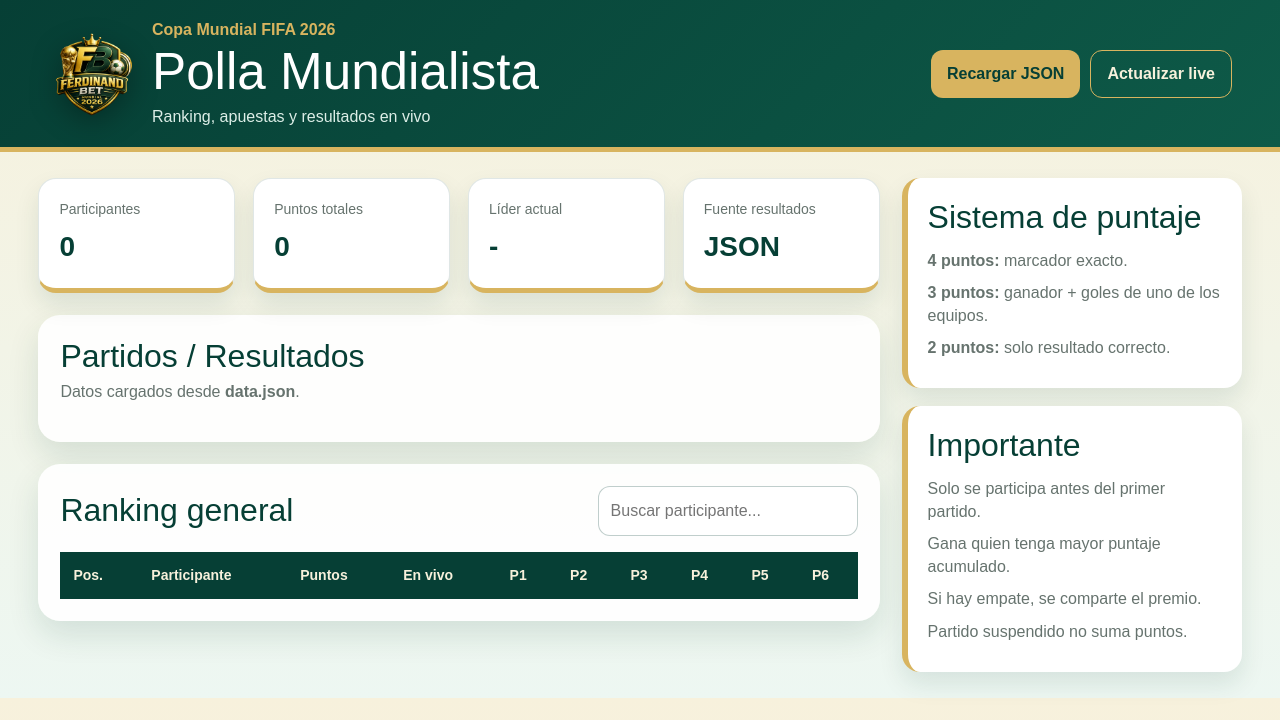
Repository: DiegoSot0/ferdinand-bet
Page: index.html
The author's editor kept a copy of each file at every save. The page is drawn from the files as they stood at one save, then again after the next save.
The browser window is 1280 px wide. The pictures show the whole page.
The page's requests for data from a server got no answer.

Above is the page before, as saved 2026-06-11 21:35:22.

### index.html
<!DOCTYPE html>
<html lang="es">

<head>
  <meta charset="UTF-8">
  <meta name="viewport" content="width=device-width, initial-scale=1.0">

  <title>Ferdinand Bet | Polla Mundialista</title>

  <link href="https://cdn.jsdelivr.net/npm/bootstrap@5.3.8/dist/css/bootstrap.min.css" rel="stylesheet">

  <link rel="stylesheet" href="style.css">
</head>

<body>
  <header class="topbar">
    <div class="brand">
      <img src="assets/logo-ferdinand-bet.png" alt="Ferdinand Bet" />
      <div>
        <span>Copa Mundial FIFA 2026</span>
        <h1>Polla Mundialista</h1>
        <p>Ranking, apuestas y resultados en vivo</p>
      </div>
    </div>

    <div class="actions">
      <button onclick="recargarJSON()">Recargar JSON</button>
      <button class="outline" onclick="cargarLive()">Actualizar live</button>
    </div>
  </header>

  <main class="layout">
    <section class="content">
      <section class="kpis">
        <article><span>Participantes</span><strong id="kpiParticipantes">0</strong></article>
        <article><span>Puntos totales</span><strong id="kpiPuntos">0</strong></article>
        <article><span>Líder actual</span><strong id="kpiLider">-</strong></article>
        <article><span>Fuente resultados</span><strong id="kpiFuente">JSON</strong></article>
      </section>

      <section class="panel">
        <div class="panel-title">
          <div>
            <h2>Partidos / Resultados</h2>
            <p id="estadoLive">Datos cargados desde <b>data.json</b>.</p>
          </div>
        </div>
        <div id="partidosGrid" class="matches"></div>
      </section>

      <section class="panel">
        <div class="panel-title">
          <h2>Ranking general</h2>
          <input id="buscar" type="search" placeholder="Buscar participante..." oninput="renderParticipantes()" />
        </div>

        <div class="table-wrap">
          <table>
            <thead>
              <tr>
                <th>Pos.</th>
                <th>Participante</th>
                <th>Puntos</th>
                <th>En vivo</th>
                <th>P1</th>
                <th>P2</th>
                <th>P3</th>
                <th>P4</th>
                <th>P5</th>
                <th>P6</th>
                <th>Detalle</th>
              </tr>
            </thead>
            <tbody id="tablaParticipantes"></tbody>
          </table>
        </div>
      </section>
    </section>

    <aside class="sidebar-rules">
      <div class="rule-card">
        <h2>Sistema de puntaje</h2>
        <p><b>4 puntos:</b> marcador exacto.</p>
        <p><b>3 puntos:</b> ganador + goles de uno de los equipos.</p>
        <p><b>2 puntos:</b> solo resultado correcto.</p>
      </div>

      <div class="rule-card">
        <h2>Importante</h2>
        <p>Solo se participa antes del primer partido.</p>
        <p>Gana quien tenga mayor puntaje acumulado.</p>
        <p>Si hay empate, se comparte el premio.</p>
        <p>Partido suspendido no suma puntos.</p>
      </div>
    </aside>
  </main>

  <div class="modal" id="modalDetalle">
    <div class="modal-content">
      <div class="modal-header">
        <h2 id="modalTitulo">Detalle</h2>
        <button class="btn-close" onclick="cerrarModal('modalDetalle')">×</button>
      </div>

      <div class="detalle-resumen" id="detalleResumen"></div>

      <div class="table-wrap">
        <table>
          <thead>
            <tr>
              <th>N°</th>
              <th>Fecha</th>
              <th>Hora</th>
              <th>Partido</th>
              <th>Apuesta</th>
              <th>Real</th>
              <th>Estado</th>
              <th>Puntos</th>
            </tr>
          </thead>
          <tbody id="tablaApuestas"></tbody>
        </table>
      </div>
    </div>
  </div>
  <script src="config.js"></script>
  <script src="app.js"></script>

  <script src="https://cdn.jsdelivr.net/npm/bootstrap@5.3.8/dist/js/bootstrap.bundle.min.js"></script>

</body>

</html>

### style.css
:root {
  --verde-oscuro: #063f35;
  --verde: #0e5a48;
  --verde-claro: #dceee7;
  --dorado: #d8b45f;
  --crema: #f7f1dc;
  --blanco: #ffffff;
  --gris: #66736e;
  --rojo: #cf4545;
  --azul: #1f5d8f;
  --amarillo: #fff1bd;
}

* {
  box-sizing: border-box;
}

body {
  margin: 0;
  font-family: Arial, Helvetica, sans-serif;
  background: linear-gradient(180deg, var(--crema), #edf7f2);
  color: var(--verde-oscuro);
}

.topbar {
  background: linear-gradient(135deg, var(--verde-oscuro), var(--verde));
  color: white;
  border-bottom: 5px solid var(--dorado);
  padding: 18px min(5vw, 48px);
  display: flex;
  justify-content: space-between;
  align-items: center;
  gap: 18px;
}

.brand {
  display: flex;
  align-items: center;
  gap: 16px;
}

.brand img {
  width: 88px;
  height: 88px;
  object-fit: contain;
  filter: drop-shadow(0 8px 14px rgba(0, 0, 0, .3));
}

.brand span {
  color: var(--dorado);
  font-weight: bold;
}

.brand h1 {
  margin: 4px 0 0;
  font-size: clamp(28px, 4vw, 52px);
  line-height: 1;
}

.brand p {
  margin: 8px 0 0;
  color: #dceee7;
}

.actions {
  display: flex;
  gap: 10px;
  flex-wrap: wrap;
}

button {
  border: none;
  border-radius: 12px;
  padding: 11px 16px;
  background: var(--dorado);
  color: var(--verde-oscuro);
  font-weight: 800;
  cursor: pointer;
}

button:hover {
  filter: brightness(.95);
}

button.outline {
  background: transparent;
  color: var(--crema);
  border: 1px solid var(--dorado);
}

.layout {
  width: min(1480px, 94%);
  margin: 26px auto;
  display: grid;
  grid-template-columns: minmax(0, 1fr) 340px;
  gap: 22px;
  align-items: start;
}

.content {
  min-width: 0;
}

.sidebar-rules {
  position: sticky;
  top: 20px;
  display: grid;
  gap: 18px;
}

.rule-card {
  background: white;
  border-left: 6px solid var(--dorado);
  border-radius: 18px;
  padding: 20px;
  box-shadow: 0 12px 25px rgba(6, 63, 53, .10);
}

.rule-card h2 {
  margin: 0 0 12px;
  color: var(--verde-oscuro);
}

.rule-card p {
  margin: 9px 0;
  color: var(--gris);
  line-height: 1.45;
}

.kpis {
  display: grid;
  grid-template-columns: repeat(4, 1fr);
  gap: 18px;
  margin-bottom: 22px;
}

.kpis article {
  background: white;
  border: 1px solid rgba(6, 63, 53, .12);
  border-bottom: 5px solid var(--dorado);
  border-radius: 18px;
  padding: 20px;
  box-shadow: 0 12px 25px rgba(6, 63, 53, .10);
}

.kpis span {
  display: block;
  color: var(--gris);
  font-size: 14px;
}

.kpis strong {
  display: block;
  font-size: 28px;
  margin-top: 6px;
}

.panel {
  background: rgba(255, 255, 255, .92);
  border-radius: 22px;
  padding: 22px;
  box-shadow: 0 14px 32px rgba(6, 63, 53, .12);
  margin-bottom: 22px;
}

.panel-title {
  display: flex;
  justify-content: space-between;
  gap: 14px;
  align-items: center;
  margin-bottom: 16px;
}

.panel-title h2 {
  margin: 0;
}

.panel-title p {
  margin: 4px 0 0;
  color: var(--gris);
}

input {
  border: 1px solid rgba(6, 63, 53, .25);
  border-radius: 12px;
  padding: 12px;
  outline: none;
  width: 260px;
}

.matches {
  display: grid;
  grid-template-columns: repeat(auto-fit, minmax(290px, 1fr));
  gap: 16px;
}

.match-card {
  border: 1px solid rgba(6, 63, 53, .13);
  border-radius: 18px;
  overflow: hidden;
  background: linear-gradient(180deg, white, #f4fbf7);
}

.match-head {
  background: var(--verde-oscuro);
  color: var(--crema);
  padding: 12px 14px;
  display: flex;
  justify-content: space-between;
  font-weight: bold;
  font-size: 13px;
}

.match-body {
  padding: 16px;
}

.score-line {
  display: grid;
  grid-template-columns: 1fr 90px 1fr;
  align-items: center;
  gap: 12px;
}

.team {
  font-weight: 800;
  line-height: 1.2;
  overflow-wrap: normal;
  word-break: normal;
  hyphens: none;
}

.score-line .team:first-child {
  text-align: left;
}

.score-line .team:last-child {
  text-align: right;
}

.score-result,
.score-pending {
  width: 90px;
  height: 68px;
  display: flex;
  align-items: center;
  justify-content: center;
  gap: 8px;

  border: 1px solid var(--dorado);
  border-radius: 14px;
  background: var(--verde-claro);

  font-weight: 900;
  color: var(--verde-oscuro);
}

.score-result {
  font-size: 30px;
}

.score-result .dash {
  font-size: 20px;
}

.score-pending {
  font-size: 24px;
}

.mini-point {
  min-width: 34px;
  height: 30px;
  padding: 0 8px;
  border-radius: 999px;
  display: inline-flex;
  align-items: center;
  justify-content: center;
  font-weight: 900;
}

.mini-live {
  outline: 2px solid #cf4545;
  animation: pulseLiveBox 1s infinite;
}

.live-badge {
  background: #ffe1e1;
  color: #cf4545;
  padding: 6px 10px;
  border-radius: 999px;
  font-weight: 900;
  font-size: 12px;
}

.live-badge::before {
  content: "● ";
}

.quiet-badge {
  color: var(--gris);
}

@keyframes pulseLiveBox {
  0% {
    box-shadow: 0 0 0 0 rgba(207, 69, 69, .4);
  }

  70% {
    box-shadow: 0 0 0 8px rgba(207, 69, 69, 0);
  }

  100% {
    box-shadow: 0 0 0 0 rgba(207, 69, 69, 0);
  }
}

.status {
  margin-top: 14px;
  display: inline-flex;
  align-items: center;
  gap: 7px;
  padding: 6px 10px;
  border-radius: 999px;
  font-size: 13px;
  font-weight: 800;
}

.status-live {
  background: #ffe1e1;
  color: #cf4545;
}

.status-live::before {
  content: "";
  width: 8px;
  height: 8px;
  border-radius: 50%;
  background: #cf4545;
  animation: pulseLive 1s infinite;
}

.status-final {
  background: #dff7df;
  color: #116b28;
}

.status-pending {
  background: #fff1bd;
  color: #7a5b00;
}

@keyframes pulseLive {
  0% {
    transform: scale(1);
    opacity: 1;
  }

  50% {
    transform: scale(1.45);
    opacity: .45;
  }

  100% {
    transform: scale(1);
    opacity: 1;
  }
}

.table-wrap {
  overflow-x: auto;
}

table {
  width: 100%;
  border-collapse: collapse;
  min-width: 900px;
}

th {
  background: var(--verde-oscuro);
  color: var(--crema);
  text-align: left;
  padding: 13px;
  font-size: 14px;
}

td {
  border-bottom: 1px solid #dbe6e1;
  padding: 13px;
}

tbody tr:hover {
  background: #f2fbf7;
}

.pos {
  font-weight: 900;
  color: var(--dorado);
}

.puntos {
  font-size: 18px;
  font-weight: 900;
  color: var(--verde-oscuro);
}

.chip {
  display: inline-block;
  padding: 6px 10px;
  border-radius: 999px;
  font-size: 12px;
  font-weight: bold;
  white-space: nowrap;
}

.exacto {
  background: #dff7df;
  color: #116b28;
}

.parcial {
  background: var(--amarillo);
  color: #7a5b00;
}

.resultado {
  background: #dfefff;
  color: var(--azul);
}

.fallado {
  background: #ffe1e1;
  color: var(--rojo);
}

.pendiente {
  background: #edf1f0;
  color: var(--gris);
}

.modal {
  position: fixed;
  inset: 0;
  background: rgba(0, 0, 0, .55);
  display: none;
  align-items: center;
  justify-content: center;
  padding: 18px;
  z-index: 100;
}

.modal.show {
  display: flex;
}

.modal-content {
  width: min(1120px, 96vw);
  max-height: 88vh;
  overflow: auto;
  background: white;
  border-radius: 22px;
  padding: 22px;
  box-shadow: 0 22px 50px rgba(0, 0, 0, .35);
}

.modal-header {
  display: flex;
  justify-content: space-between;
  align-items: center;
  gap: 12px;
  border-bottom: 1px solid #e5eee9;
  padding-bottom: 12px;
  margin-bottom: 16px;
}

.modal-header h2 {
  margin: 0;
}

.btn-close {
  background: #eef5f1;
  font-size: 24px;
  line-height: 1;
  padding: 6px 12px;
}

.detalle-resumen {
  display: grid;
  grid-template-columns: repeat(5, 1fr);
  gap: 12px;
  margin-bottom: 16px;
}

.detalle-resumen div {
  background: var(--verde-claro);
  border-radius: 14px;
  padding: 13px;
}

.detalle-resumen span {
  display: block;
  color: var(--gris);
  font-size: 12px;
}

.detalle-resumen strong {
  font-size: 22px;
}

@media (max-width: 1200px) {
  .layout {
    grid-template-columns: 1fr;
  }

  .sidebar-rules {
    position: static;
    order: -1;
    grid-template-columns: 1fr 1fr;
  }
}

@media (max-width: 860px) {

  .topbar,
  .panel-title {
    flex-direction: column;
    align-items: flex-start;
  }

  .kpis,
  .detalle-resumen,
  .sidebar-rules {
    grid-template-columns: 1fr;
  }

  input {
    width: 100%;
  }
}

@media (max-width: 520px) {
  .brand img {
    width: 70px;
    height: 70px;
  }

  .matches {
    grid-template-columns: 1fr;
  }

  .score-line {
    grid-template-columns: 1fr;
    justify-items: center;
  }

  .score-line .team:first-child,
  .score-line .team:last-child {
    text-align: center;
  }
}

### config.js
window.FERDINAND_CONFIG = {
    resultadosCsv: "https://docs.google.com/spreadsheets/d/e/2PACX-1vR3XrkP-FLMbq44wVEXmiD_3TBsFVjC0eH0GOnLcb_3nECSMy4c4ar5MfYr_q1tt46fX5-lFOrltp8i/pub?gid=1226084119&single=true&output=csv",
    participantesCsv: "https://docs.google.com/spreadsheets/d/e/2PACX-1vR3XrkP-FLMbq44wVEXmiD_3TBsFVjC0eH0GOnLcb_3nECSMy4c4ar5MfYr_q1tt46fX5-lFOrltp8i/pub?gid=1036869260&single=true&output=csv",
    apuestasCsv: "https://docs.google.com/spreadsheets/d/e/2PACX-1vR3XrkP-FLMbq44wVEXmiD_3TBsFVjC0eH0GOnLcb_3nECSMy4c4ar5MfYr_q1tt46fX5-lFOrltp8i/pub?gid=335455986&single=true&output=csv",
};

### app.js
let participantes = [];
let partidos = [];

async function leerCSV(url) {
  const res = await fetch(url + "&v=" + Date.now());
  const texto = await res.text();
  return csvToObjects(texto);
}

function csvToObjects(csv) {
  const filas = csv.trim().split(/\r?\n/).map(row => row.split(","));
  const headers = filas.shift().map(h => h.trim());

  return filas.map(fila => {
    const obj = {};
    headers.forEach((h, i) => {
      obj[h] = (fila[i] ?? "").trim();
    });
    return obj;
  });
}

async function recargarJSON() {
  await cargarSheets();
}

async function cargarLive() {
  await cargarSheets();
}

async function cargarSheets() {
  try {
    const cfg = window.FERDINAND_CONFIG;

    const resultados = await leerCSV(cfg.resultadosCsv);
    const participantesSheet = await leerCSV(cfg.participantesCsv);
    const apuestasSheet = await leerCSV(cfg.apuestasCsv);

    partidos = resultados.map(r => ({
      id: Number(r.id),
      fecha: r.Fecha,
      hora: r.Hora,
      equipo1: r.Equipo1,
      equipo2: r.Equipo2,
      real1: r.Real1 === "" ? null : Number(r.Real1),
      real2: r.Real2 === "" ? null : Number(r.Real2),
      estado: r.Estado || "Pendiente"
    }));

    participantes = participantesSheet.map(p => {
      const filaApuesta = apuestasSheet.find(a => a.Participante === p.Nombre);

      return {
        id: normalizarId(p.Nombre),
        nombre: p.Nombre,
        apuestas: partidos.map(partido => {
          const l = Number(filaApuesta?.[`P${partido.id}_L`] ?? 0);
          const v = Number(filaApuesta?.[`P${partido.id}_V`] ?? 0);

          return calcularApuesta({
            partidoId: partido.id,
            goles1: l,
            goles2: v
          });
        })
      };
    });

    document.getElementById("kpiFuente").textContent = "SHEETS";
    document.getElementById("estadoLive").innerHTML = `Datos cargados desde <b>Google Sheets</b>.`;

    renderPartidos();
    renderParticipantes();

  } catch (error) {
    console.error(error);
    alert("No se pudo leer Google Sheets. Revisa que las hojas estén publicadas como CSV.");
  }
}

function normalizarId(texto) {
  return texto
    .toLowerCase()
    .normalize("NFD")
    .replace(/[\u0300-\u036f]/g, "")
    .replace(/\s+/g, "-");
}

function calcularApuesta(apuesta) {
  const partido = partidos.find(p => p.id === apuesta.partidoId);

  if (!partido || partido.real1 === null || partido.real2 === null) {
    return { ...apuesta, puntos: 0, estado: "Pendiente" };
  }

  const pred1 = Number(apuesta.goles1);
  const pred2 = Number(apuesta.goles2);
  const real1 = Number(partido.real1);
  const real2 = Number(partido.real2);

  const exacto = pred1 === real1 && pred2 === real2;
  const resultadoPred = signo(pred1 - pred2);
  const resultadoReal = signo(real1 - real2);
  const aciertaResultado = resultadoPred === resultadoReal;
  const aciertaGolEquipo1 = pred1 === real1;
  const aciertaGolEquipo2 = pred2 === real2;

  let puntos = 0;
  let estado = "Fallado";

  if (exacto) {
    puntos = 4;
    estado = "Marcador exacto";
  } else if (aciertaResultado && (aciertaGolEquipo1 || aciertaGolEquipo2)) {
    puntos = 3;
    estado = "Ganador + gol";
  } else if (aciertaResultado) {
    puntos = 2;
    estado = "Resultado";
  }

  return { ...apuesta, puntos, estado };
}

function signo(num) {
  if (num > 0) return 1;
  if (num < 0) return -1;
  return 0;
}

function resumenPersona(persona) {
  const puntos = persona.apuestas.reduce((s, a) => s + a.puntos, 0);
  const exactos = persona.apuestas.filter(a => a.estado === "Marcador exacto").length;
  const parciales = persona.apuestas.filter(a => a.estado === "Ganador + gol").length;
  const resultados = persona.apuestas.filter(a => a.estado === "Resultado").length;
  const fallados = persona.apuestas.filter(a => a.estado === "Fallado").length;

  return {
    partidos: persona.apuestas.length,
    puntos,
    exactos,
    parciales,
    resultados,
    fallados
  };
}

function renderPartidos() {
  const contenedor = document.getElementById("partidosGrid");

  contenedor.innerHTML = partidos.map(p => {
    const marcador = p.real1 === null || p.real2 === null
      ? `<div class="score-pending"><span>VS</span></div>`
      : `<div class="score-result"><span>${p.real1}</span><span class="dash">-</span><span>${p.real2}</span></div>`;

    const estado = p.estado || "Pendiente";

    return `
      <article class="match-card">
        <div class="match-head">
          <span>${p.fecha}</span>
          <span>${p.hora}</span>
        </div>

        <div class="match-body">
          <div class="score-line">
            <span class="team">${p.equipo1}</span>
            ${marcador}
            <span class="team">${p.equipo2}</span>
          </div>

          <div class="status ${getStatusClass(estado)}">${getStatusText(estado)}</div>
        </div>
      </article>
    `;
  }).join("");
}

function getStatusClass(estado) {
  const value = (estado || "").toLowerCase();

  if (value.includes("vivo")) return "status-live";
  if (value.includes("final")) return "status-final";

  return "status-pending";
}

function getStatusText(estado) {
  const value = (estado || "").toLowerCase();

  if (value.includes("vivo")) return "EN VIVO";
  if (value.includes("final")) return "FINAL";

  return "PRÓXIMO";
}

function renderParticipantes() {
  const buscar = document.getElementById("buscar").value.toLowerCase();

  const ordenados = participantes
    .filter(p => p.nombre.toLowerCase().includes(buscar))
    .map(p => ({ ...p, resumen: resumenPersona(p) }))
    .sort((a, b) => b.resumen.puntos - a.resumen.puntos);

  const tbody = document.getElementById("tablaParticipantes");

  tbody.innerHTML = ordenados.map((p, index) => {
    const puntosPorPartido = p.apuestas.map(a => {
      const partido = partidos.find(x => x.id === a.partidoId);
      const esVivo = (partido?.estado || "").toLowerCase().includes("vivo");

      const clase = a.estado === "Marcador exacto" ? "exacto"
        : a.estado === "Ganador + gol" ? "parcial"
          : a.estado === "Resultado" ? "resultado"
            : a.estado === "Pendiente" ? "pendiente"
              : "fallado";

      return `
        <td>
          <span class="mini-point ${clase} ${esVivo ? "mini-live" : ""}">
            ${a.estado === "Pendiente" ? "-" : a.puntos}
          </span>
        </td>
      `;
    }).join("");

    const tieneVivo = p.apuestas.some(a => {
      const partido = partidos.find(x => x.id === a.partidoId);
      return (partido?.estado || "").toLowerCase().includes("vivo");
    });

    return `
      <tr>
        <td class="pos">#${index + 1}</td>
        <td><b>${p.nombre}</b></td>
        <td class="puntos">${p.resumen.puntos}</td>
        <td>${tieneVivo ? `<span class="live-badge">EN VIVO</span>` : `<span class="quiet-badge">-</span>`}</td>
        ${puntosPorPartido}
        <td><button onclick="verDetalle('${p.id}')">Ver</button></td>
      </tr>
    `;
  }).join("");

  pintarKpis(ordenados);
}

function pintarKpis(lista) {
  const totalPuntos = lista.reduce((s, p) => s + p.resumen.puntos, 0);

  document.getElementById("kpiParticipantes").textContent = lista.length;
  document.getElementById("kpiPuntos").textContent = totalPuntos;
  document.getElementById("kpiLider").textContent = lista[0]?.nombre ?? "-";
}

function verDetalle(id) {
  const persona = participantes.find(p => p.id === id);
  const resumen = resumenPersona(persona);

  document.getElementById("modalTitulo").textContent = `Apuestas de ${persona.nombre}`;

  document.getElementById("detalleResumen").innerHTML = `
    <div><span>Puntos</span><strong>${resumen.puntos}</strong></div>
    <div><span>Exactos</span><strong>${resumen.exactos}</strong></div>
    <div><span>Ganador + gol</span><strong>${resumen.parciales}</strong></div>
    <div><span>Resultado</span><strong>${resumen.resultados}</strong></div>
    <div><span>Fallados</span><strong>${resumen.fallados}</strong></div>
  `;

  document.getElementById("tablaApuestas").innerHTML = persona.apuestas.map((a, index) => {
    const p = partidos.find(x => x.id === a.partidoId);

    const clase = a.estado === "Marcador exacto" ? "exacto"
      : a.estado === "Ganador + gol" ? "parcial"
        : a.estado === "Resultado" ? "resultado"
          : a.estado === "Pendiente" ? "pendiente"
            : "fallado";

    const real = p.real1 === null || p.real2 === null
      ? "Pendiente"
      : `${p.real1} - ${p.real2}`;

    return `
      <tr>
        <td>${index + 1}</td>
        <td>${p.fecha}</td>
        <td>${p.hora}</td>
        <td><b>${p.equipo1}</b> vs <b>${p.equipo2}</b></td>
        <td>${a.goles1} - ${a.goles2}</td>
        <td>${real}</td>
        <td><span class="chip ${clase}">${a.estado}</span></td>
        <td class="puntos">${a.puntos}</td>
      </tr>
    `;
  }).join("");

  abrirModal("modalDetalle");
}

function abrirModal(id) {
  document.getElementById(id).classList.add("show");
}

function cerrarModal(id) {
  document.getElementById(id).classList.remove("show");
}

cargarSheets();

After the next save:
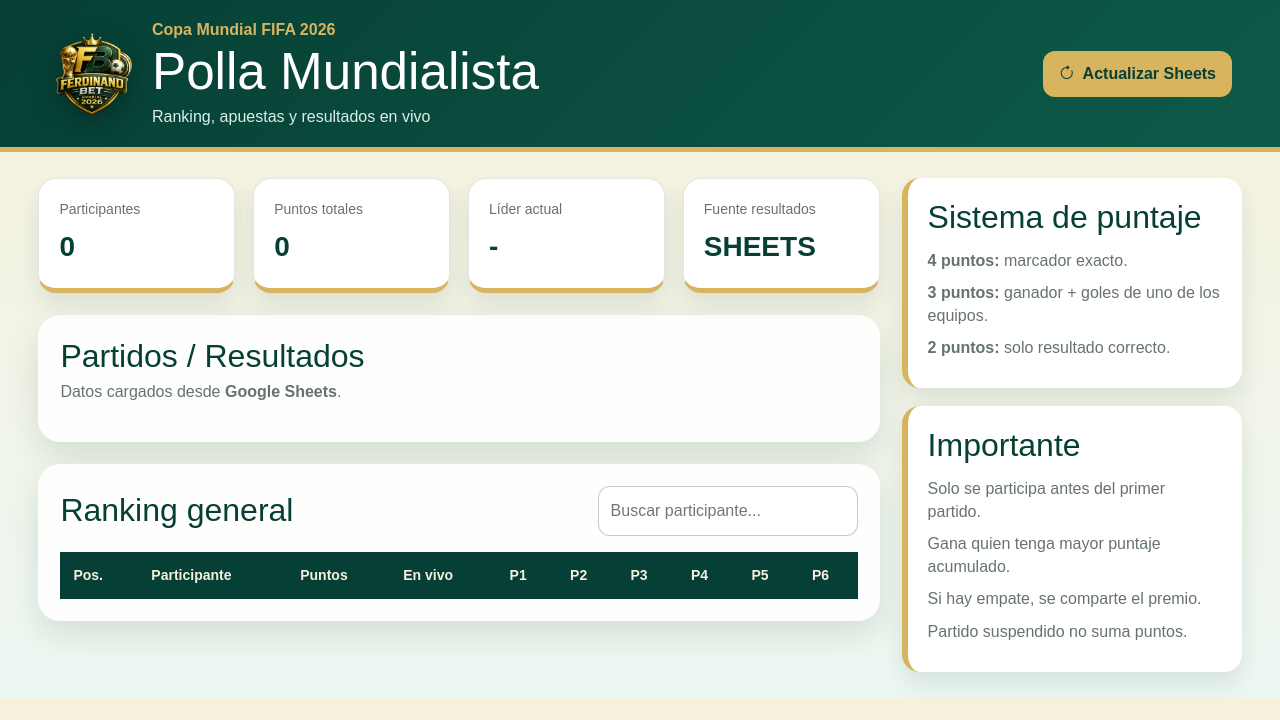
Saved 80 s later.
--- a/index.html
+++ b/index.html
@@ -8,6 +8,7 @@
   <title>Ferdinand Bet | Polla Mundialista</title>
 
   <link href="https://cdn.jsdelivr.net/npm/bootstrap@5.3.8/dist/css/bootstrap.min.css" rel="stylesheet">
+  <link href="https://cdn.jsdelivr.net/npm/bootstrap-icons@1.13.1/font/bootstrap-icons.min.css" rel="stylesheet">
 
   <link rel="stylesheet" href="style.css">
 </head>
@@ -24,8 +25,10 @@
     </div>
 
     <div class="actions">
-      <button onclick="recargarJSON()">Recargar JSON</button>
-      <button class="outline" onclick="cargarLive()">Actualizar live</button>
+      <button onclick="cargarSheets()">
+        <i class="bi bi-arrow-clockwise me-1"></i>
+        Actualizar Sheets
+      </button>
     </div>
   </header>
 
@@ -35,14 +38,14 @@
         <article><span>Participantes</span><strong id="kpiParticipantes">0</strong></article>
         <article><span>Puntos totales</span><strong id="kpiPuntos">0</strong></article>
         <article><span>Líder actual</span><strong id="kpiLider">-</strong></article>
-        <article><span>Fuente resultados</span><strong id="kpiFuente">JSON</strong></article>
+        <article><span>Fuente resultados</span><strong id="kpiFuente">SHEETS</strong></article>
       </section>
 
       <section class="panel">
         <div class="panel-title">
           <div>
             <h2>Partidos / Resultados</h2>
-            <p id="estadoLive">Datos cargados desde <b>data.json</b>.</p>
+            <p id="estadoLive">Datos cargados desde <b>Google Sheets</b>.</p>
           </div>
         </div>
         <div id="partidosGrid" class="matches"></div>
@@ -123,11 +126,10 @@
       </div>
     </div>
   </div>
+
   <script src="config.js"></script>
   <script src="app.js"></script>
-
   <script src="https://cdn.jsdelivr.net/npm/bootstrap@5.3.8/dist/js/bootstrap.bundle.min.js"></script>
-
 </body>
 
 </html>
